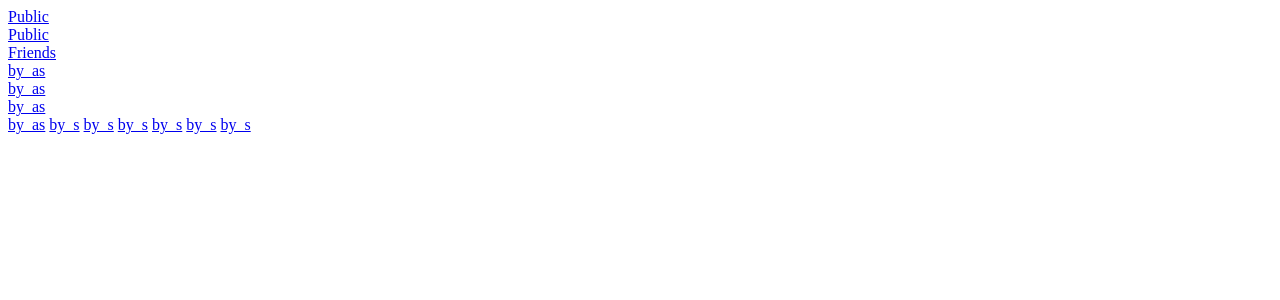
Repository: KHANas02/live-stream
Page: blog.html
These files come from the project's save history. The page is drawn as it stood at one moment and after a run of saves; the edit follows.
The browser window is 1280 px wide. The pictures show the whole page.

Above is the page before, as saved 2024-03-25 08:18:48.

After the next 7 saves:
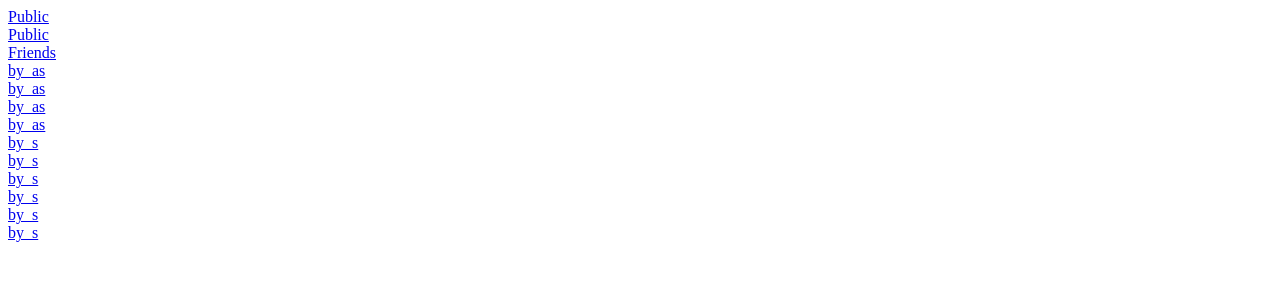
The 7 saves are shown as one change because they came seconds apart.
The last was saved 20 s later.
--- a/blog.html
+++ b/blog.html
@@ -12,13 +12,13 @@
 <a target="_blank"  href="https://t.me/asa_blog">by_as</a><br>
 <a target="_blank"  href="https://t.me/Cambridge_asa">by_as</a><br>
 <a target="_blank"  href="https://t.me/workbookjavoblari_9sinf">by_as</a><br>
-<a target="_blank"  href="https://t.me/workbook_javoblari_6sinf">by_as</a>
-<a target="_blank" href="https://t.me/atmosphere_of_english">by_s</a>
-<a target="_blank" href="https://t.me/subscribe_reaction_study">by_s</a>
-<a target="_blank" href="https://t.me/algebra_7_sinf_online">by_s</a>
-<a target="_blank" href="https://t.me/strongly_beautiful ">by_s</a>
-<a target="_blank" href="https://t.me/hairstyles0201">by_s</a>
-<a href="https://t.me/handmade_2024" target="_blank">by_s</a>
+<a target="_blank"  href="https://t.me/workbook_javoblari_6sinf">by_as</a><br>
+<a target="_blank" href="https://t.me/atmosphere_of_english">by_s</a><br>
+<a target="_blank" href="https://t.me/subscribe_reaction_study">by_s</a><br>
+<a target="_blank" href="https://t.me/algebra_7_sinf_online">by_s</a><br>
+<a target="_blank" href="https://t.me/strongly_beautiful ">by_s</a><br>
+<a target="_blank" href="https://t.me/hairstyles0201">by_s</a><br>
+<a href="https://t.me/handmade_2024" target="_blank">by_s</a><br>
 
 
 
